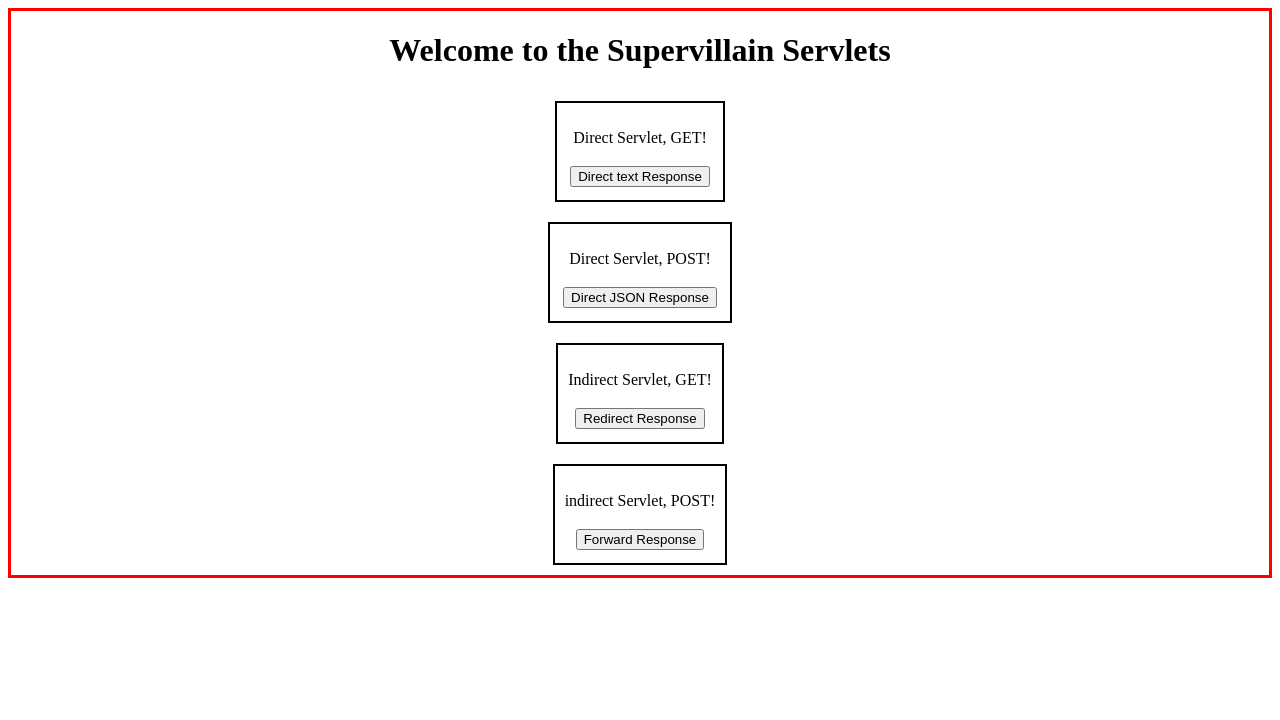
Repository: 210222-reston-java-msa/week2
Page: HelloServlets/src/main/webapp/index.html
An editor plug-in stored every save of this project. The page is shown before and after the next save, followed by the edit.
The browser window is 1280 px wide. The pictures show the whole page.

Above is the page before, as saved 2021-03-04 22:48:40.

After the next save:
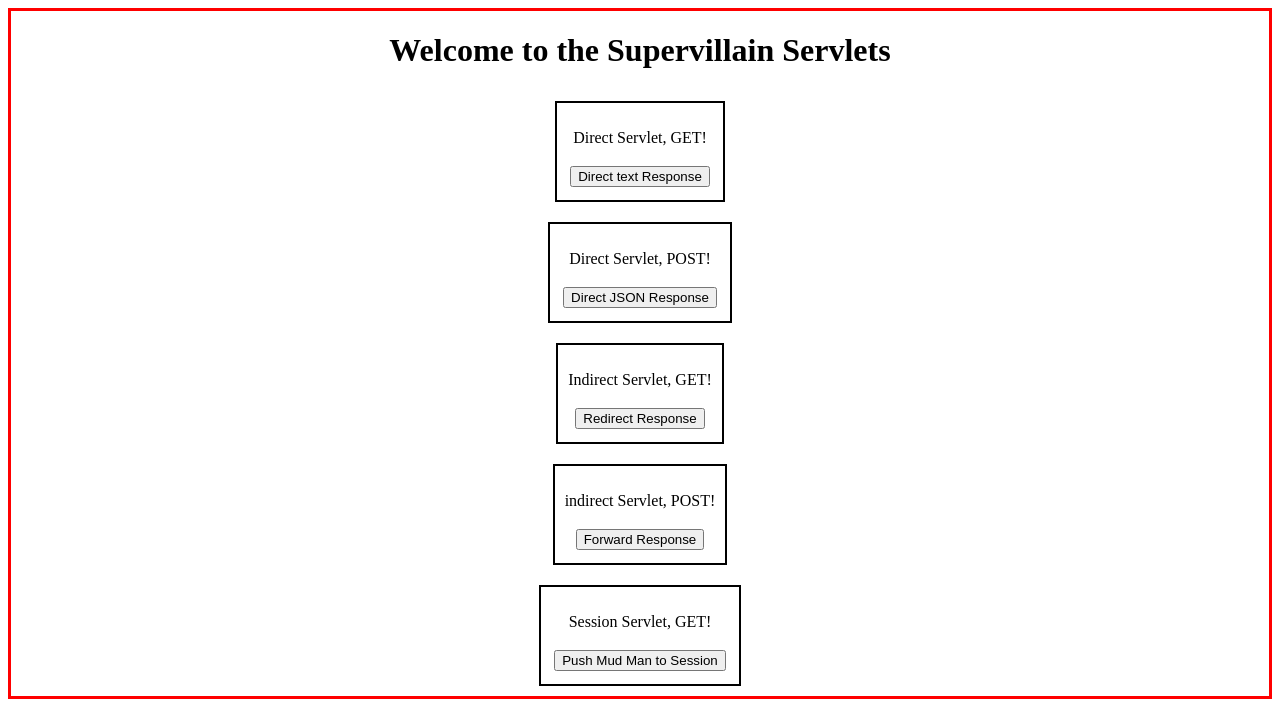
Saved 114 s later.
--- a/HelloServlets/src/main/webapp/index.html
+++ b/HelloServlets/src/main/webapp/index.html
@@ -34,6 +34,11 @@
 
 		<!-- 3 more forms hitting our session servlets to be made-->
 
+		<form method="GET" action="">
+			<p>Session Servlet, GET!</p>
+			<input type="submit" value="Push Mud Man to Session"></input>
+		</form>
+
 	</div>
 
 </body>
